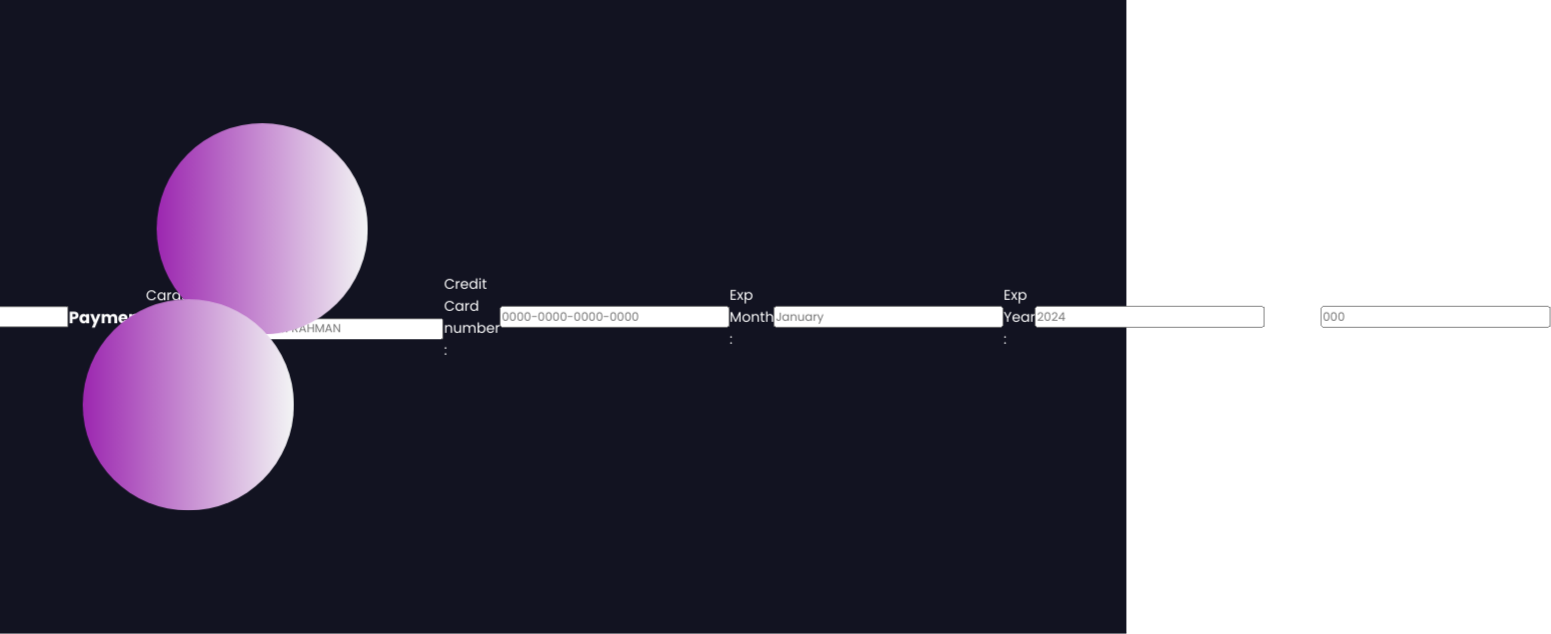
Repository: Habeebur1493/-002-Prompt
Page: index.html
The author's editor kept a copy of each file at every save. The page is drawn from the files as they stood at one save, then again after the next save.
The browser window is 1280 px wide. The page is 1762 px wide, then 1280 px, so the pictures cover 1762 px, including what lies to the right of the window. The pictures show the whole page, at 88% of full size.

Above is the page before, as saved 2024-09-11 00:47:21.

After the next save:
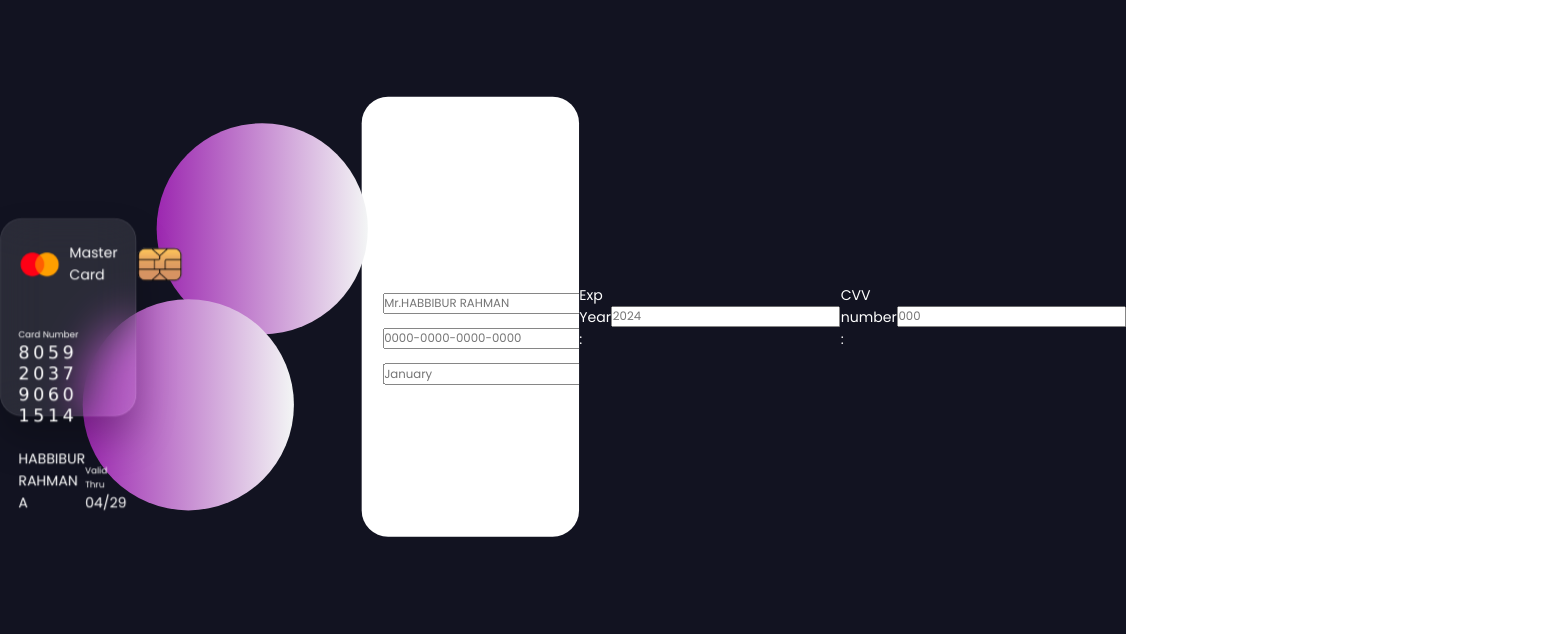
Saved 46 s later.
--- a/index.html
+++ b/index.html
@@ -48,31 +48,7 @@
             <form>
                 <div class="row">
                     <div class="col">
-                        <h3>Billing Address</h3>
-                        <div class="inputbox">
-                            <span>Full Name :</span>
-                            <input type="text" placeholder="HABBIBUR RAHMAN">
-                        </div>
-                        <div class="inputbox">
-                            <span>Email :</span>
-                            <input type="email" placeholder="habran303@gmail.com">
-                        </div>
-                        <div class="inputbox"></div>
-                            <span>Address :</span>
-                            <input type="text" placeholder="S/1014 Nehru Nagar">
-                        </div>
-                        <div class="inputbox"></div>
-                            <span>City :</span>
-                            <input type="text" placeholder="Bhopal">
-                        </div>
-                        <div class="inputbox"></div>
-                            <span>State :</span>
-                            <input type="text" placeholder="Madhya Pradesh">
-                        </div>
-                        <div class="inputbox"></div>
-                            <span>Zip Code :</span>
-                            <input type="text" placeholder="462 003">
-                        </div>
+
                         <h3>Payment</h3>
                         <div class="inputbox"></div>
                             <span>Cards accepted :</span>
